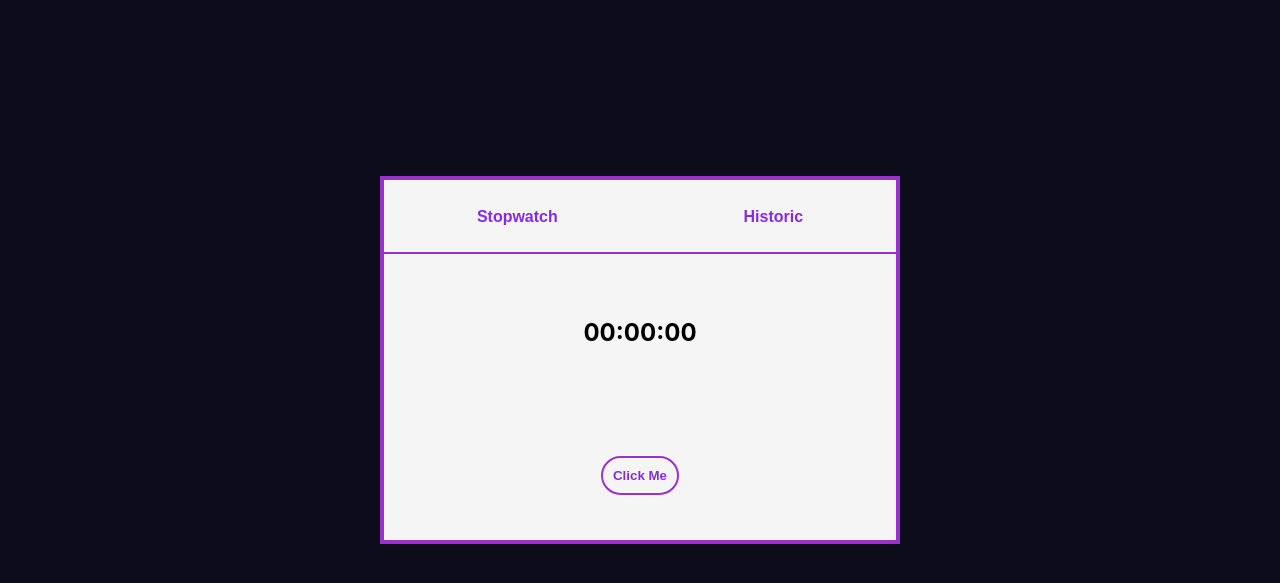
Repository: NicolasRSJ/fastdoubleclick
Page: /
The author's editor kept a copy of each file at every save. The page is drawn from the files as they stood at one save, then again after the next save.
The browser window is 1280 px wide. The pictures show the whole page.
The project was rebuilt for these pictures with package versions that can differ from the ones it lists, and the page was loaded fresh each time.

Above is the page before, as saved 2022-10-28 00:21:40.

After the next save:
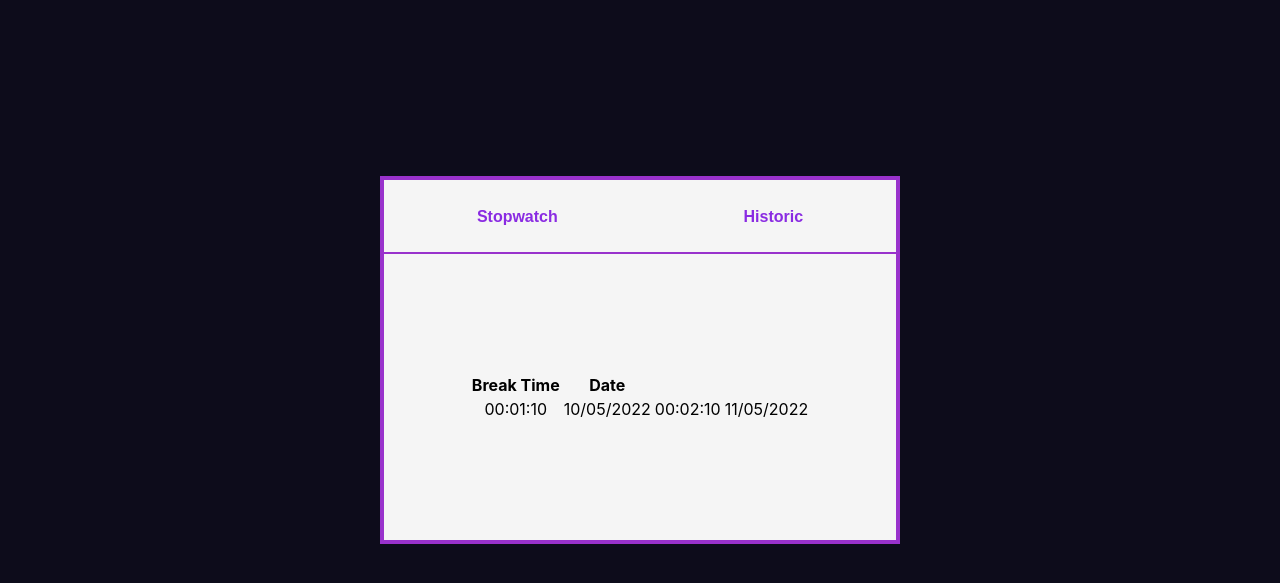
Saved 16 s later.
--- a/src/App.js
+++ b/src/App.js
@@ -1,11 +1,12 @@
 import './App.css';
+import { Historic } from './Views/History/Index';
 import { Stopwatch } from './Views/Stopwatch/Index';
 
 
 function App() {
   return (
     <div className="App">
-      <Stopwatch/>
+      <Historic/>
     </div>
   );
 }
